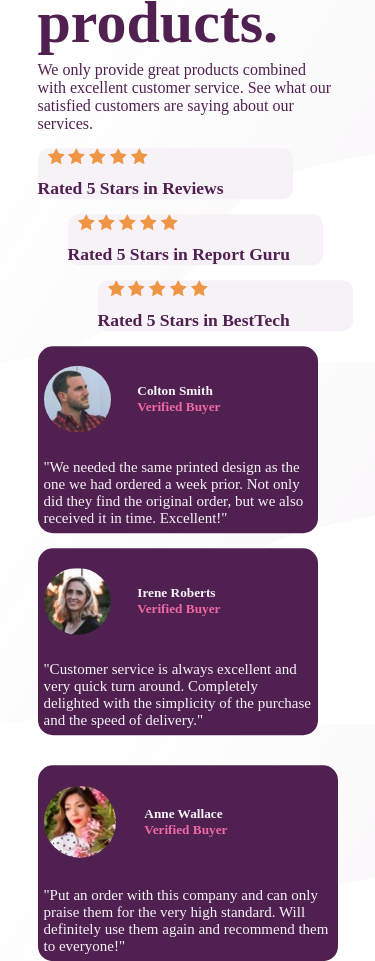
Repository: superZXMzzl/FrontendMentor
Page: social-proof-section-master/index.html
An editor plug-in stored every save of this project. The page is shown before and after the next save, followed by the edit.
The browser window is 375 px wide. The pictures show the whole page.

Above is the page before, as saved 2022-05-10 11:41:16.

### social-proof-section-master/index.html
<!DOCTYPE html>
<html lang="en">
  <head>
    <meta charset="UTF-8" />
    <meta name="viewport" content="width=device-width, initial-scale=1.0" />
    <!-- displays site properly based on user's device -->

    <link
      rel="icon"
      type="image/png"
      sizes="32x32"
      href="./images/favicon-32x32.png"
    />
    <link rel="stylesheet" href="style.css">
    <title>Frontend Mentor | Social proof section</title>


  </head>
  <body>

    <div class="container">
      <div class="top">
        <div class="left">
          <p class="leftTitle">10,000+ of our users love our products.</p>
          <p class="leftDes">We only provide great products combined with excellent customer service.
            See what our satisfied customers are saying about our services.</p>
        </div>
        <div class="right">
          <div class="right1">
            <div class="starBox">
              <img src="./images/icon-star.svg" class="star">
              <img src="./images/icon-star.svg" class="star">
              <img src="./images/icon-star.svg" class="star">
              <img src="./images/icon-star.svg" class="star">
              <img src="./images/icon-star.svg" class="star">
            </div>
            <h3 class="starDes">Rated 5 Stars in Reviews</h3>
          </div>
          <div class="right2">
            <div class="starBox">
              <img src="./images/icon-star.svg" class="star">
              <img src="./images/icon-star.svg" class="star">
              <img src="./images/icon-star.svg" class="star">
              <img src="./images/icon-star.svg" class="star">
              <img src="./images/icon-star.svg" class="star">
            </div>
            <h3 class="starDes">Rated 5 Stars in Report Guru</h3>
          </div>
          <div class="right3">
            <div class="starBox">
              <img src="./images/icon-star.svg" class="star">
              <img src="./images/icon-star.svg" class="star">
              <img src="./images/icon-star.svg" class="star">
              <img src="./images/icon-star.svg" class="star">
              <img src="./images/icon-star.svg" class="star">
            </div>
            <h3 class="starDes">Rated 5 Stars in BestTech</h3>
          </div>
        </div>
      </div>
      <div class="bottom">
        <div class="card1">
          <div class="cardHead">
            <img src="./images/image-colton.jpg" class="avatar">
            <div class="cardHeadText">
              <h5>Colton Smith</h5>
              <h5 class="ii">Verified Buyer</h5>
            </div>
          </div>
          <p class="cardText">"We needed the same printed design as the one we had ordered a week prior.
            Not only did they find the original order, but we also received it in time.
            Excellent!"</p>
        </div>
        <div class="card2">
          <div class="cardHead">
            <img src="./images/image-irene.jpg" class="avatar">
            <div class="cardHeadText">
              <h5>Irene Roberts</h5>
              <h5 class="ii">Verified Buyer</h5>
            </div>
          </div>
          <p class="cardText">"Customer service is always excellent and very quick turn around. Completely
            delighted with the simplicity of the purchase and the speed of delivery."
          </p>
        </div>
        <div class="card3">
          <div class="cardHead">
            <img src="./images/image-anne.jpg" class="avatar">
            <div class="cardHeadText">
              <h5>Anne Wallace</h5>
              <h5 class="ii">Verified Buyer</h5>
            </div>
          </div>
          <p class="cardText">"Put an order with this company and can only praise them for the very high
            standard. Will definitely use them again and recommend them to everyone!"</p>
        </div>
      </div>
    </div>
  </body>
</html>

### social-proof-section-master/style.css
* {
    margin: 0;
    padding: 0;
    box-sizing: border-box;
}

body {
    min-height: 100vh;
    display: flex;
    align-items: center;
    background-image: url(./images/bg-pattern-top-desktop.svg);
    position: relative;
}

.container {
    position: absolute;
    width: 80%;
    left: 50%;
    top: 50%;
    transform: translate(-50%, -50%);
}

.top {
    display: grid;
    align-items: center;
    grid-template-columns: 1fr 1fr;
}

.right1, .right2, .right3 {
    display: flex;
    align-items: center;
    background-color: hsl(300, 24%, 96%);
    margin: 15px 0;
    border-radius: 10px;
    width: 85%;
    font-size: 15px;
    color: hsl(300, 43%, 22%);
}

.right2 {
    margin-left: 10%;
}

.right3 {
    margin-left: 20%;
}

.starBox {
    margin: 10px;
    margin-right: 5%;
}

.bottom {
    width: 100%;
    display: flex;
    align-items: center;
    justify-content: space-between;
}

.card1, .card2, .card3 {
    margin-right: 20px;
    background-color: hsl(300, 43%, 22%);
    padding: 2%;
    border-radius: 15px;
    color: hsl(300, 24%, 96%)
}

.leftTitle {
    margin: 5% 0;
    color: hsl(300, 43%, 22%);
    font-weight: bolder;
    font-size: 60px;
    line-height: 0.8;
}

.leftDes {
    color: hsl(300, 43%, 22%);
}

.card2 {
    margin-top: 5%;
}

.card3 {
    margin-top: 10%;
    margin-right: 0;
}

.cardHead {
    display: flex;
    align-items: center;
    margin-bottom: 5%;
}

.avatar {
    border-radius: 100%;
    overflow: hidden;
    width: 25%;
    margin-right: 10%;
    padding: 5% 0;
}

.ii {
    color: hsl(333, 80%, 67%);
}

.cardText {
    font-size: 15px;
}

@media screen and (max-width:450px){
    .container {
        display: block;
    }

    .top {
        display: block;
    }

    .right {
        display: block;
    }

    .right1, .right2, .right3 {
        display: block;
    }

    .bottom {
        display: block;
    }
}

After the next save:
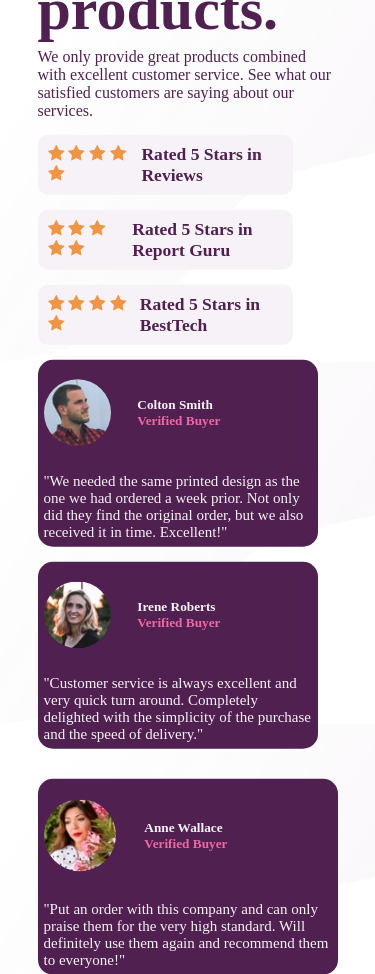
Saved 10 s later.
--- a/social-proof-section-master/style.css
+++ b/social-proof-section-master/style.css
@@ -122,7 +122,7 @@ body {
     }
 
     .right1, .right2, .right3 {
-        display: block;
+        margin-left: 0;
     }
 
     .bottom {
